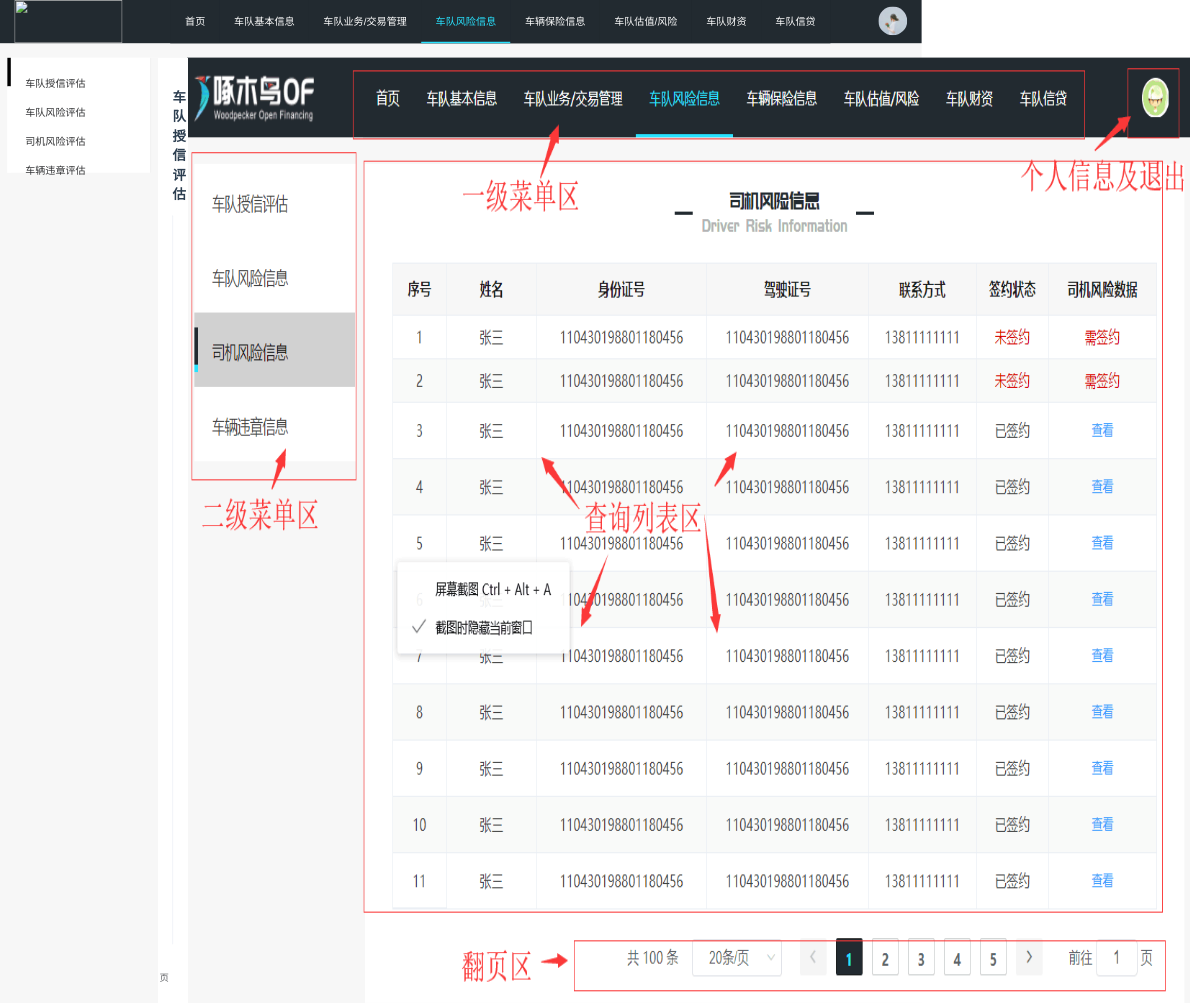
Repository: TheWomanLiketheWind/woodpecker
Page: /
These files come from the project's save history. The page is drawn as it stood at one moment and after the next save; the edit follows.
The browser window is 1280 px wide. The page is 1653 px wide, so the pictures cover 1653 px, including what lies to the right of the window. The pictures show the whole page, at 72% of full size.
The project was rebuilt for these pictures with package versions that can differ from the ones it lists, and the page was loaded fresh each time. Also part of the build but not shown: src/views/menuThird.vue.

Above is the page before, as saved 2019-07-26 09:47:06.

After the next save:
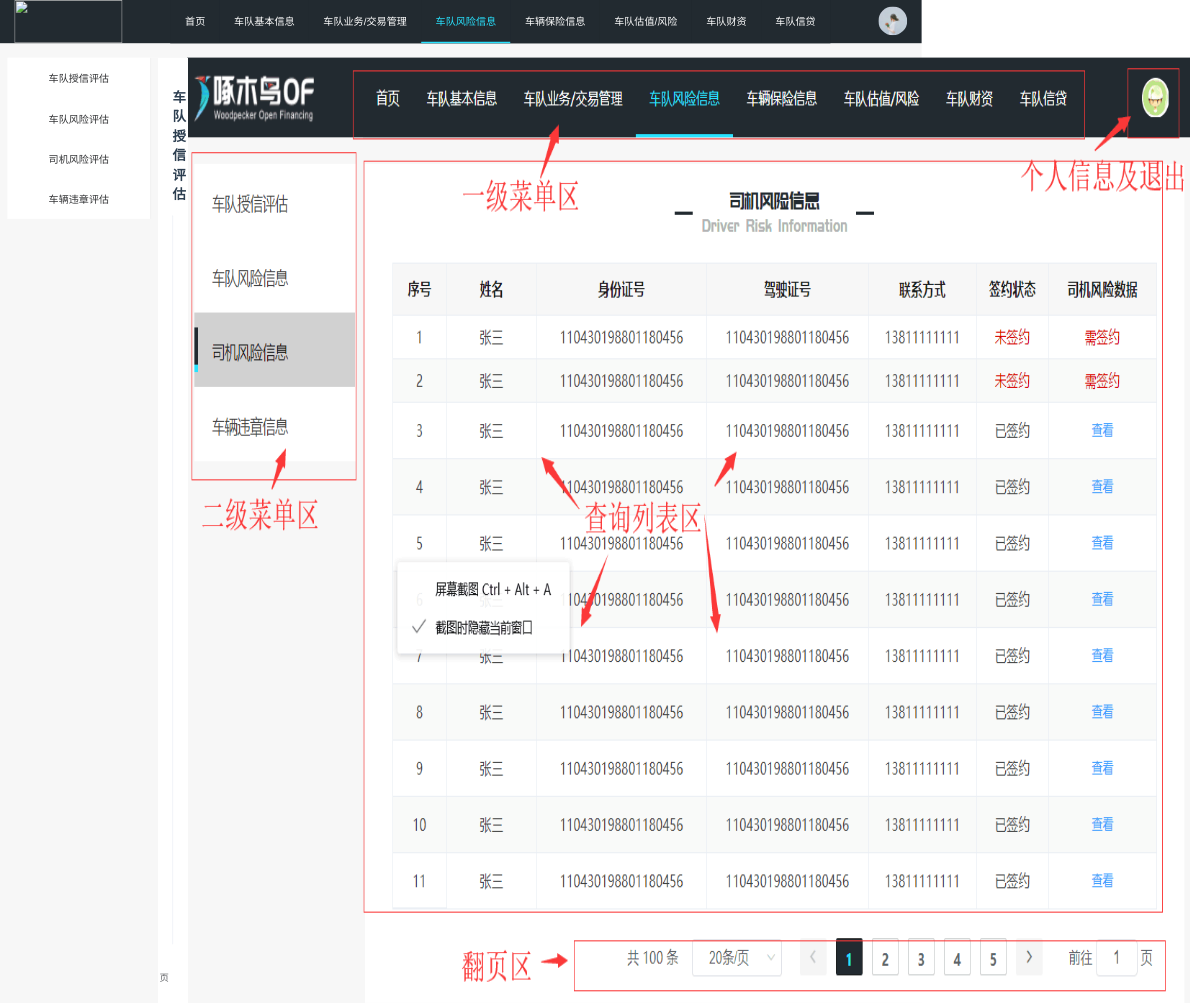
Saved 50 s later.
--- a/src/App.vue
+++ b/src/App.vue
@@ -22,16 +22,16 @@
     .el-menu-item:hover {
       background-color: rgb(209, 209, 209);
     }
-    .el-menu-item.is-active {
-      border-left: 5px solid #000;
-    }
-    .el-menu-item {
-      border-left: 5px solid #fff;
-      padding: 15px 0;
-      height: 40px;
-      line-height: 40px;
-      text-align: left;
-    }
+    // .el-menu-item.is-active {
+    //   border-left: 5px solid #000;
+    // }
+    // .el-menu-item {
+    //   border-left: 5px solid #fff;
+    //   padding: 15px 0;
+    //   height: 40px;
+    //   line-height: 40px;
+    //   text-align: left;
+    // }
   }
 }
 #nav {
